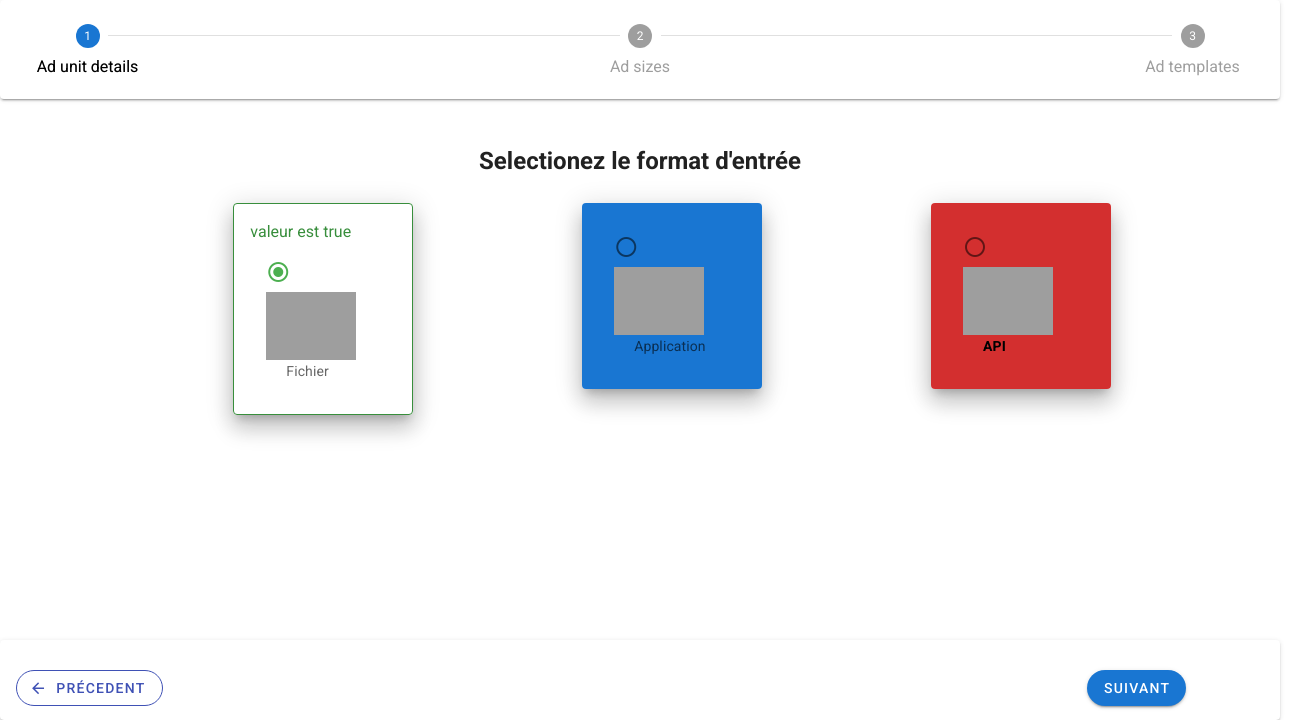
Repository: SidneyHodieb/myc
Page: /addsource/format
The author's editor kept a copy of each file at every save. The page is drawn from the files as they stood at one save, then again after the next save.
The browser window is 1280 px wide. The page is 1292 px wide, so the pictures cover 1292 px, including what lies to the right of the window. The pictures show the whole page.
Pictures or frames that could not be fetched are drawn as grey boxes. The project was rebuilt for these pictures with package versions that can differ from the ones it lists, and the page was loaded fresh each time. Also part of the build but not shown: vue.config.js, src/views/Home.vue, src/views/addSource/components/card.vue, src/views/addSource/components/trigger.vue.

Above is the page before, as saved 2021-04-05 21:58:25.

After the next save:
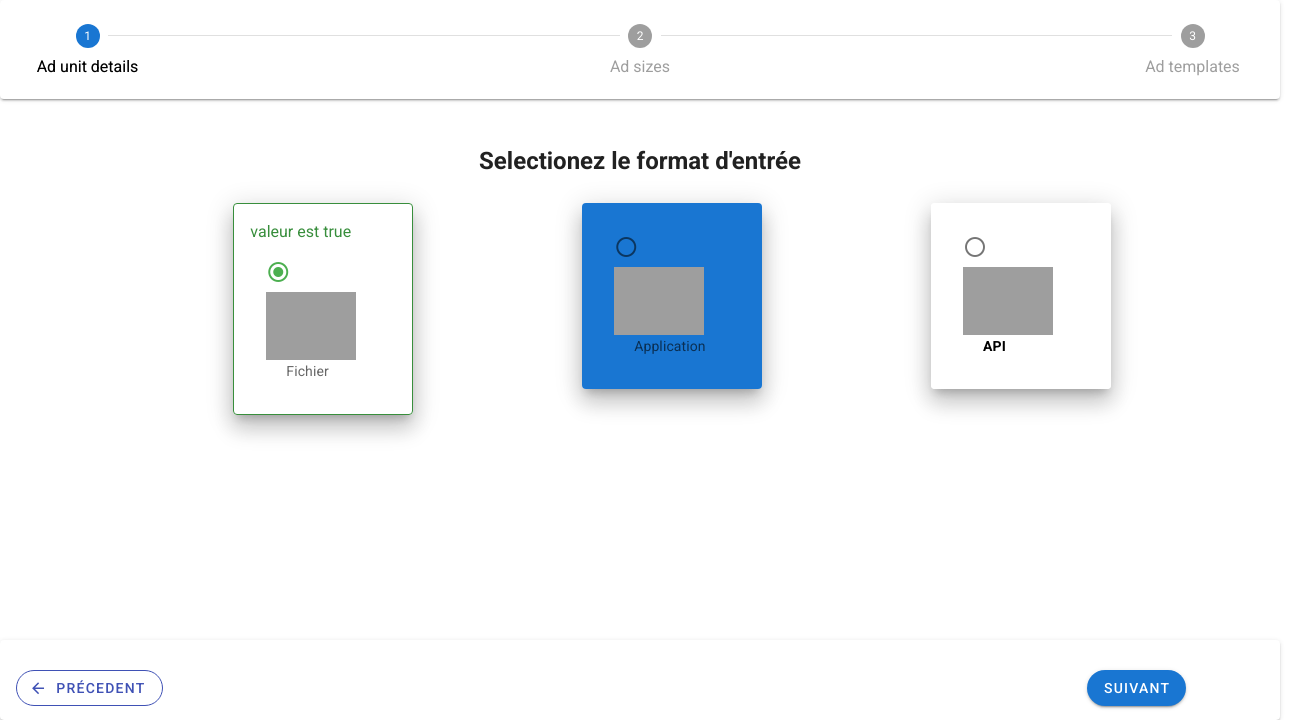
Saved 26 s later.
--- a/src/views/addSource/components/format.vue
+++ b/src/views/addSource/components/format.vue
@@ -45,7 +45,7 @@
       </v-col>
       <v-col>
         <v-card elevation="14" width="180">
-          <v-alert :outlined="api ? true : null" color="red darken-2">
+          <v-alert :outlined="api ? true : null" color="">
            <v-card-text>
              <v-radio
                 color="red"
